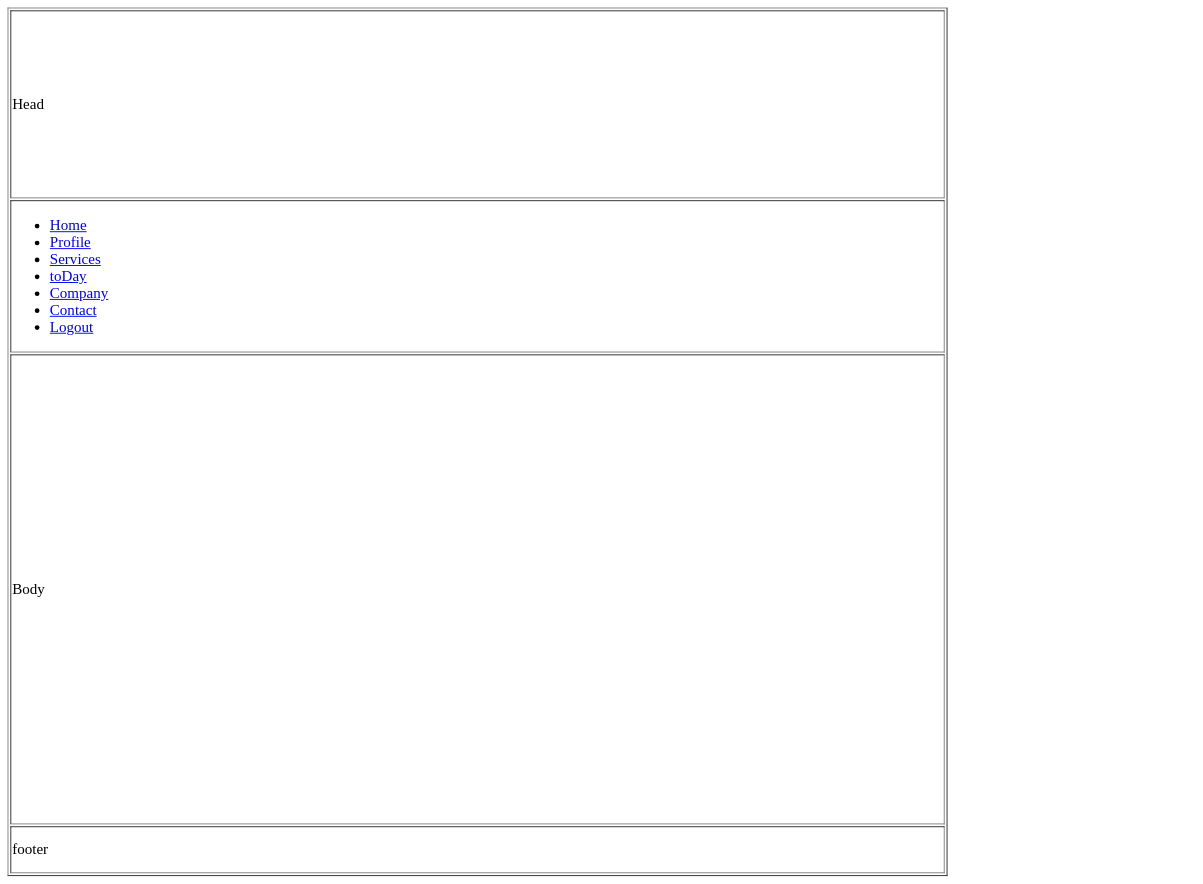
Repository: PraveenRavipati/MyWork
Page: Java/workspaces/office Java WorkScapces/training/javatraining2014/WebContent/home.html
The author's editor kept a copy of each file at every save. The page is drawn from the files as they stood at one save, then again after the next save.
The browser window is 1280 px wide. The pictures show the whole page, at 94% of full size.

Above is the page before, as saved 2014-06-04 13:14:39.

### Java/workspaces/office Java WorkScapces/training/javatraining2014/WebContent/home.html
<!DOCTYPE html PUBLIC "-//W3C//DTD HTML 4.01 Transitional//EN" "http://www.w3.org/TR/html4/loose.dtd">
<html>
<head>
<meta http-equiv="Content-Type" content="text/html; charset=UTF-8">
<title>Insert title here</title>
<link href="style.css" rel="stylesheet" type="text/css">
</head>
<body>
	<table border="1" width="1000">
		<tr height="200">
			<td>Head</td>
		</tr>
		<tr height="50">
			<td><div id="templatemo_menu">
                <ul>
                    <li><a href="home.jsp" class="current">Home</a></li>
                    <li><a href="NewFile.jsp">Profile</a></li>
                    <li><a href="Services.jsp">Services</a></li>
                    <li><a href="toDay.jsp">toDay</a></li>
                    <li><a href="#">Company</a></li>
                    <li><a href="Contactus.jsp" class="last">Contact</a></li>
                    <li><a href="logout.jsp">Logout</a></li>
                </ul>
            </div></td>
		</tr>
		<tr height="500">
			<td>Body</td>
		</tr>
		<tr height="50">
			<td>footer</td>
		</tr>
	</table>
</body>
</html>

### Java/workspaces/office Java WorkScapces/training/javatraining2014/WebContent/style.css
input {
	width: 200px;
	height: 20px;
	border-style: hidden;
	background-color: inactivecaption;

}
.submit{
	width: 100px;
	height: 30px;
	background-color: aqua;
	border-style: hidden;
}

After the next save:
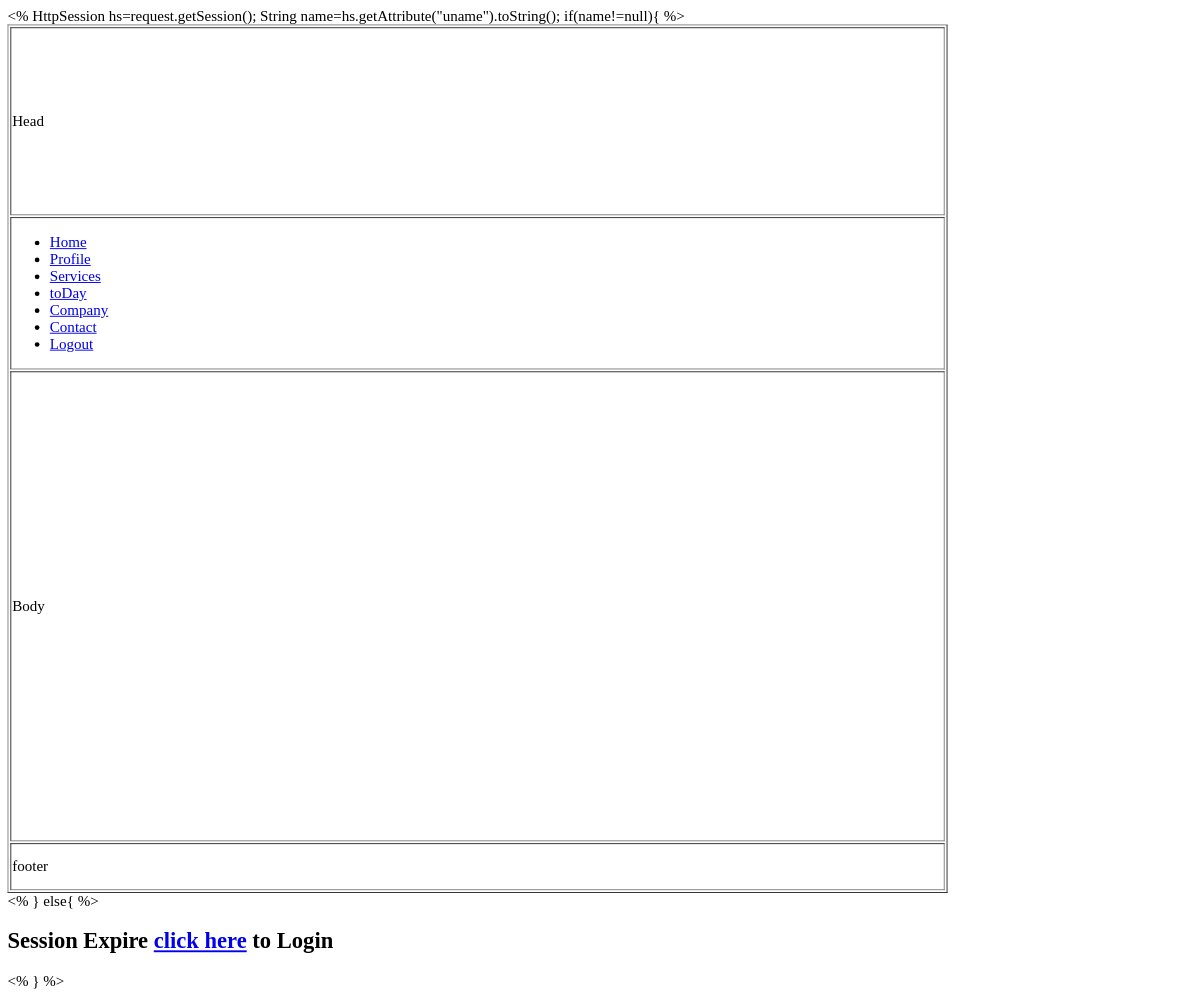
Saved 82 s later.
--- a/Java/workspaces/office Java WorkScapces/training/javatraining2014/WebContent/home.html
+++ b/Java/workspaces/office Java WorkScapces/training/javatraining2014/WebContent/home.html
@@ -5,13 +5,17 @@
 <title>Insert title here</title>
 <link href="style.css" rel="stylesheet" type="text/css">
 </head>
-<body>
-	<table border="1" width="1000">
-		<tr height="200">
-			<td>Head</td>
-		</tr>
-		<tr height="50">
-			<td><div id="templatemo_menu">
+<body><%
+HttpSession hs=request.getSession();
+String name=hs.getAttribute("uname").toString();
+if(name!=null){
+    %>
+    <table border="1" width="1000">
+        <tr height="200">
+            <td>Head</td>
+        </tr>
+        <tr height="50">
+            <td><div id="templatemo_menu">
                 <ul>
                     <li><a href="home.jsp" class="current">Home</a></li>
                     <li><a href="NewFile.jsp">Profile</a></li>
@@ -22,13 +26,23 @@
                     <li><a href="logout.jsp">Logout</a></li>
                 </ul>
             </div></td>
-		</tr>
-		<tr height="500">
-			<td>Body</td>
-		</tr>
-		<tr height="50">
-			<td>footer</td>
-		</tr>
-	</table>
+        </tr>
+        <tr height="500">
+            <td>Body</td>
+        </tr>
+        <tr height="50">
+            <td>footer</td>
+        </tr>
+    </table><%
+}
+else{
+    %>
+    <h2>Session Expire <a href="Login">click here</a> to Login</h2>
+
+    <%
+
+}
+
+    %>
 </body>
 </html>
